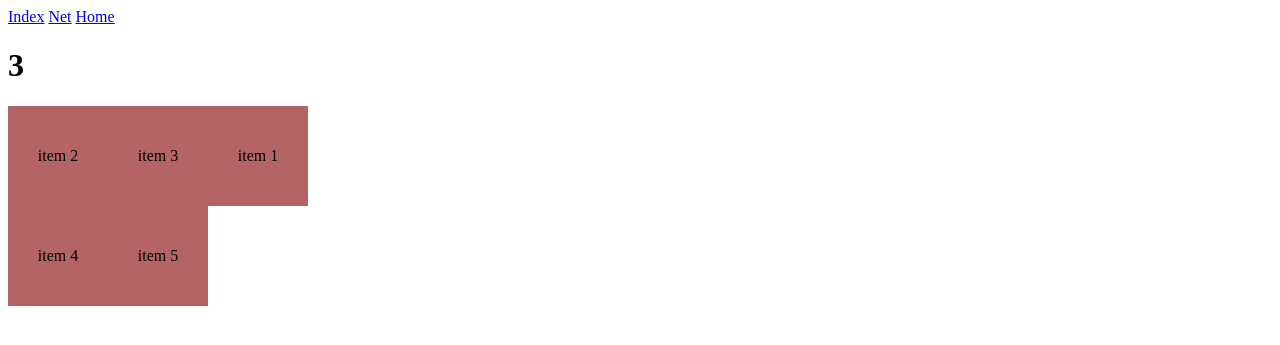
Repository: Nguyen-Toan-2004/du-an-test
Page: product.htm
The author's editor kept a copy of each file at every save. The page is drawn from the files as they stood at one save, then again after a run of saves.
The browser window is 1280 px wide. The pictures show the whole page.

Above is the page before, as saved 2025-10-22 19:32:17.

### product.htm
<!DOCTYPE html>
<html lang="en">
  <head>
    <meta charset="UTF-8" />
    <meta name="viewport" content="width=device-width, initial-scale=1.0" />
    <title>Product</title>
  </head>
  <body>
    <a href="index.html">Index</a>
    <a href="net.htm">Net</a>
    <a href="home.html">Home</a>
    <h1>3</h1>
    <style>
      .container {
        display: grid;
        grid-template-columns: repeat(3, 100px);
        grid-template-rows: repeat(3, 100px);
      }
      .box {
        background: #b46464;
        display: flex;
        justify-content: center;
        align-items: center;
      }
      .box1 {
        grid-row-start: 1;
        grid-column-start: 3;
      }
    </style>
    <div class="container">
      <div class="box box1">item 1</div>
      <div class="box box2">item 2</div>
      <div class="box box3">item 3</div>
      <div class="box box4">item 4</div>
      <div class="box box5">item 5</div>
    </div>
  </body>
</html>

After the next 2 saves:
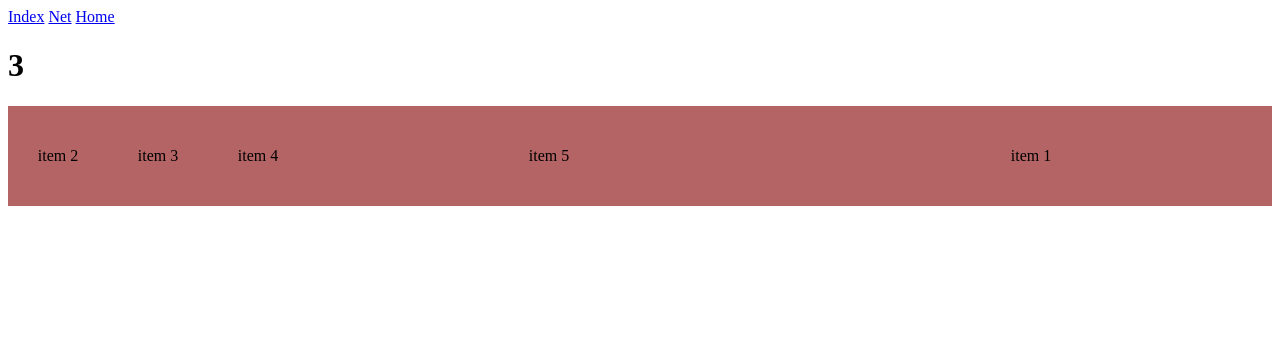
The 2 saves are shown as one change because they came seconds apart.
The last was saved 14 s later.
--- a/product.htm
+++ b/product.htm
@@ -24,7 +24,7 @@
       }
       .box1 {
         grid-row-start: 1;
-        grid-column-start: 3;
+        grid-column-start: 5;
       }
     </style>
     <div class="container">

After the 2 saves that followed:
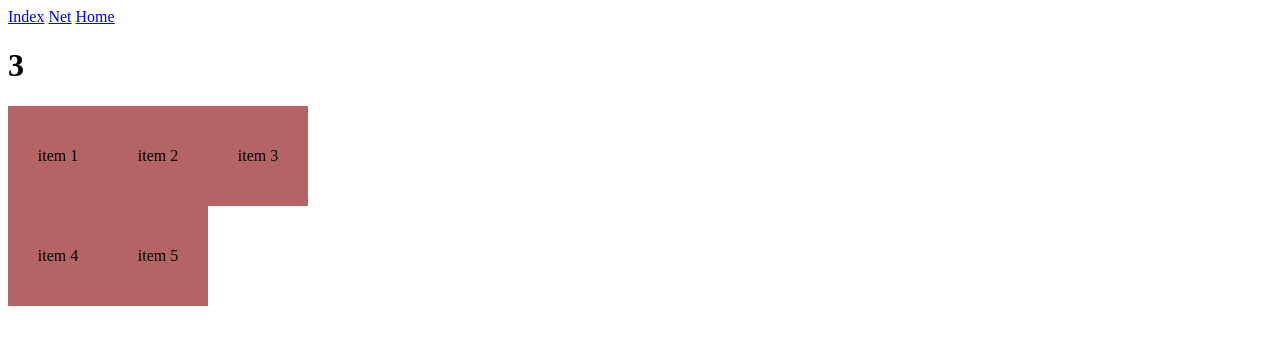
The 2 saves are shown as one change because they came seconds apart.
The last was saved 6 s later.
--- a/product.htm
+++ b/product.htm
@@ -24,7 +24,7 @@
       }
       .box1 {
         grid-row-start: 1;
-        grid-column-start: 5;
+        grid-column-start: 1;
       }
     </style>
     <div class="container">
